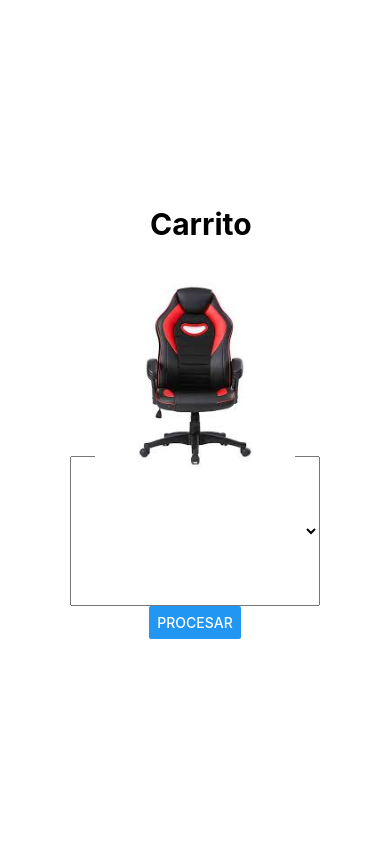
Repository: oscaredu1998/compras
Screen: / (app in frontend/)
An editor plug-in stored every save of this project. The screen is shown before and after the next save, followed by the edit.
The app was drawn by React Native's web renderer in a window 390 px wide. The project was rebuilt for these pictures with package versions that can differ from the ones it lists, and the page was loaded fresh each time.

Above is the screen before, as saved 2020-02-21 18:19:43.

### frontend/App.js
import React, { Component } from 'react';
import { Picker, View, Image, StyleSheet, Button, Text, Alert } from 'react-native';
import axios from 'axios';

const URL = "http://192.168.0.104:5000/api/";

export default class App extends Component {
  state = {
    response: ''
  }

  handleSelect = text => {
    this.setState({ response: text });
  };

  getData = () => {
    axios.get(URL+this.state.response)
    .then(response => {
      Alert.alert("Usted ha selecionado: " + JSON.stringify(response.data.empresa),
      ("Tiempo estimado de: " + JSON.stringify(response.data.tiempo) + " para su entrega"))
      // this.setState({ serverRes: response.data.datos })
    })
    .catch(error => {
      console.log(error)
    })
  }

  render() {
    return (
      <View style={styles.container}>
        <Text style={{width: 150, height: 50, fontSize: 30, fontWeight: 'bold', left: 30}}>Carrito </Text>
        <Image
            style={{width: 200, height: 200, top: 20}}
            source={require('./assets/images.jpg')}
          />
        <Picker style={{ height: 150, width: 250 }} onValueChange={this.handleSelect}>
          <Picker.Item label="" value="" />
          <Picker.Item label="Fedex" value="fedex" />
          <Picker.Item label="Correo del Ecuador" value="correos-ecuador" />
          <Picker.Item label="Servientrega" value="servientrega" />
        </Picker>
        <Button
          title="Procesar"
          onPress = {() => {this.getData()}}
          // onPress={() => alert(JSON.stringify(this.state.response))}
        />
      </View>
    )
  }
}


const styles = StyleSheet.create({
  container: {
    flex: 1,
    backgroundColor: '#fff',
    alignItems: 'center',
    justifyContent: 'center',
  },
});

After the next save:
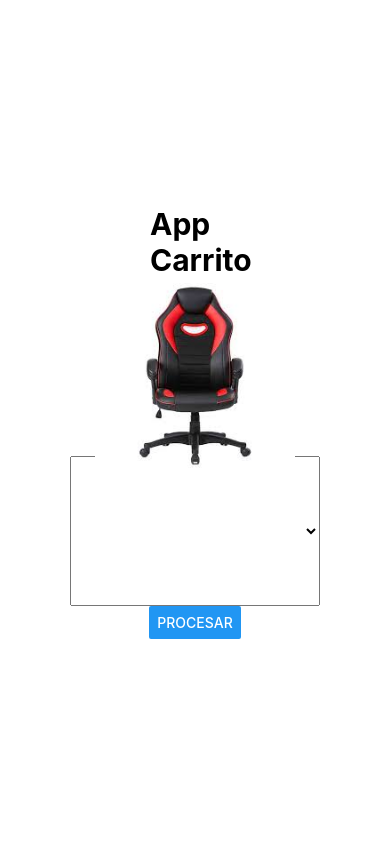
Saved 15 s later.
--- a/frontend/App.js
+++ b/frontend/App.js
@@ -28,7 +28,7 @@ export default class App extends Component {
   render() {
     return (
       <View style={styles.container}>
-        <Text style={{width: 150, height: 50, fontSize: 30, fontWeight: 'bold', left: 30}}>Carrito </Text>
+        <Text style={{width: 150, height: 50, fontSize: 30, fontWeight: 'bold', left: 30}}>App Carrito </Text>
         <Image
             style={{width: 200, height: 200, top: 20}}
             source={require('./assets/images.jpg')}
